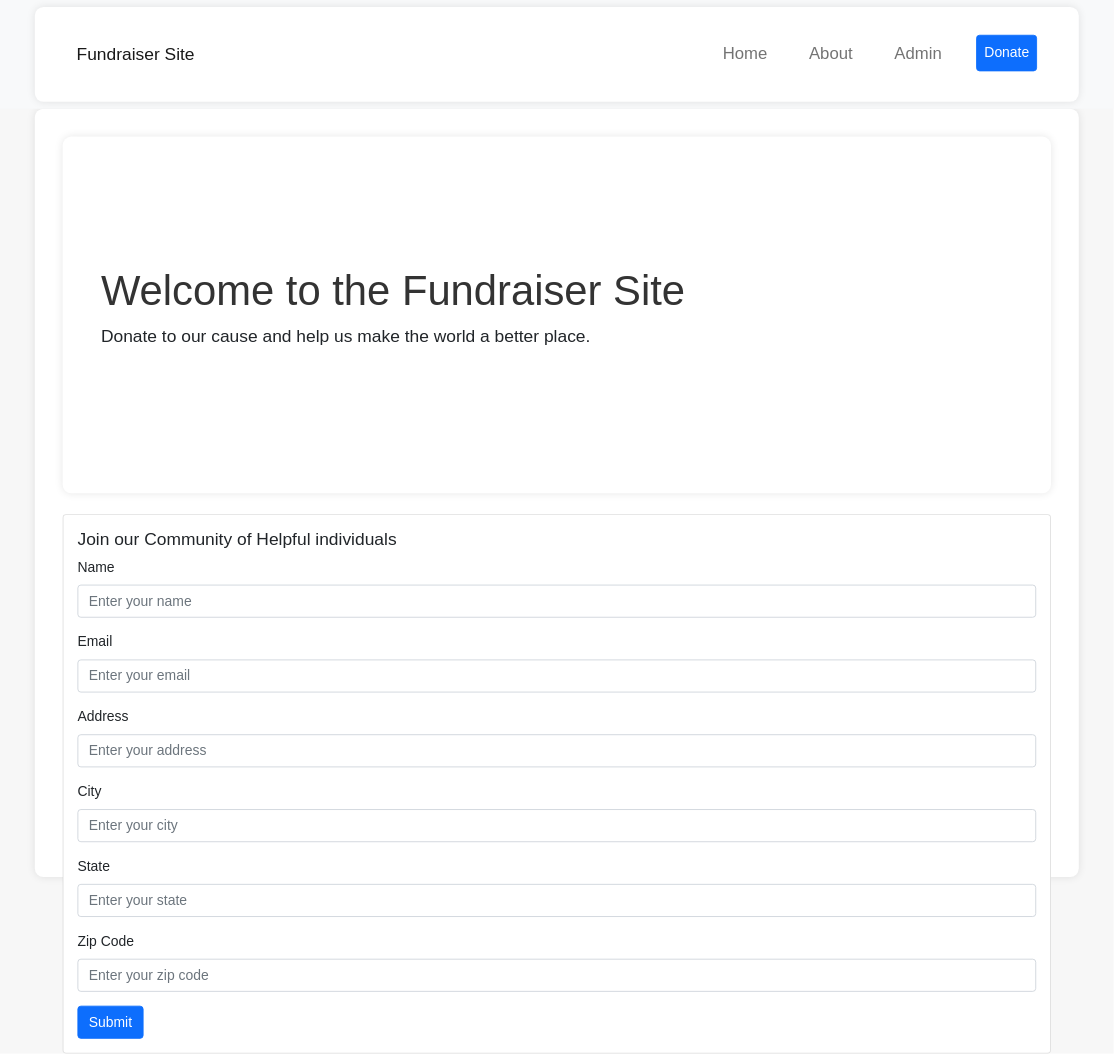
Repository: DragonFruit8/Fundraiser-Page
Page: /
An editor plug-in stored every save of this project. The page is shown before and after the next save, followed by the edit.
The browser window is 1280 px wide. The pictures show the whole page, at 87% of full size.
The project was rebuilt for these pictures with package versions that can differ from the ones it lists, and the page was loaded fresh each time. Also part of the build but not shown: src/pages/About.js, src/pages/Donate.js, src/pages/Admin.js.

Above is the page before, as saved 2024-07-19 13:03:17.

After the next save:
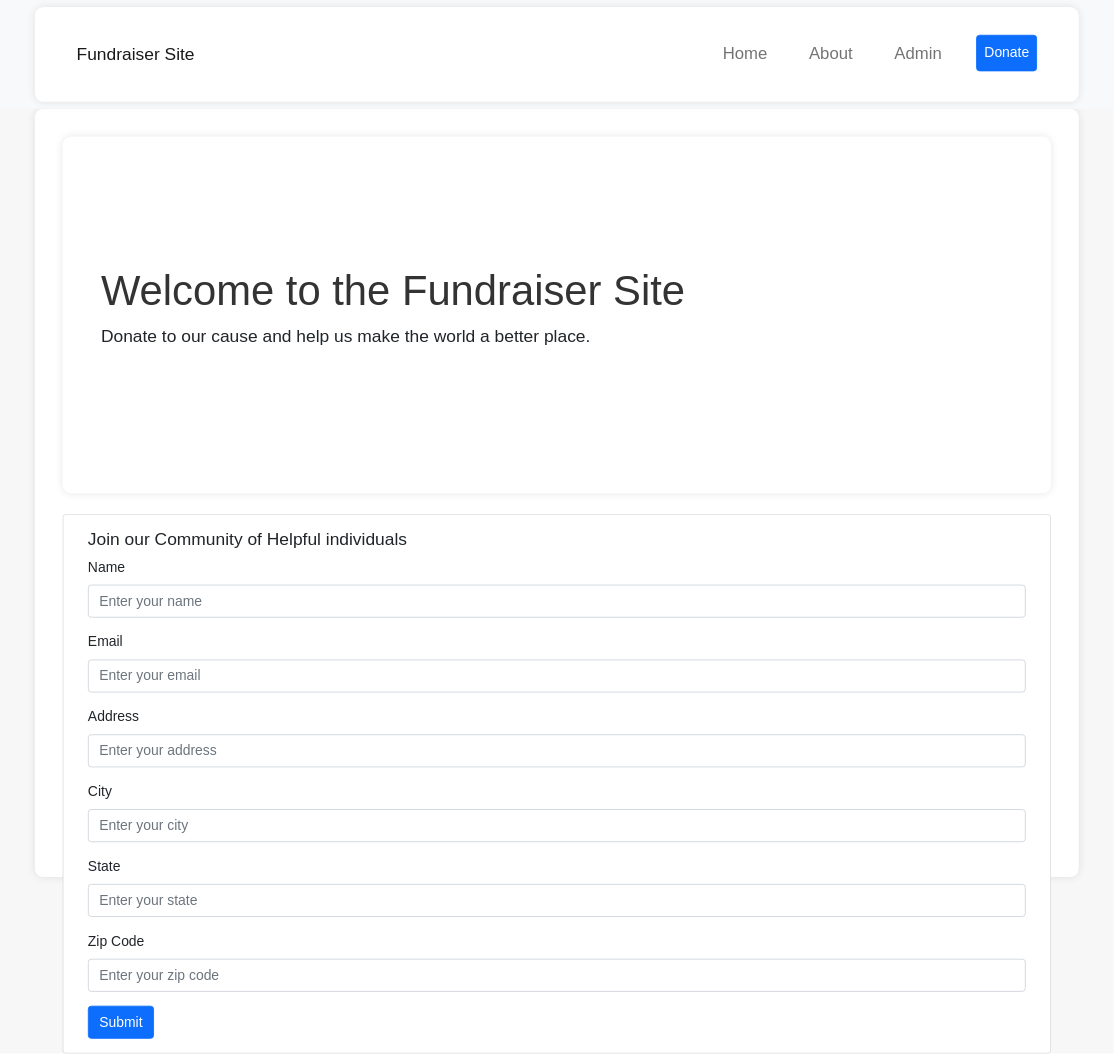
Saved 5 s later.
--- a/src/pages/HomeContainer.js
+++ b/src/pages/HomeContainer.js
@@ -33,7 +33,7 @@
     return (
         <section className="container">
             <div className="row justify-content-center">
-                <div className="row-md-8">
+                <div className="row">
                     <div className="d-flex container row h-50 justify-content-center align-items-center">
                         <div className="col">
                             <h1 className="display-5">Welcome to the Fundraiser Site</h1>

After the save that followed:
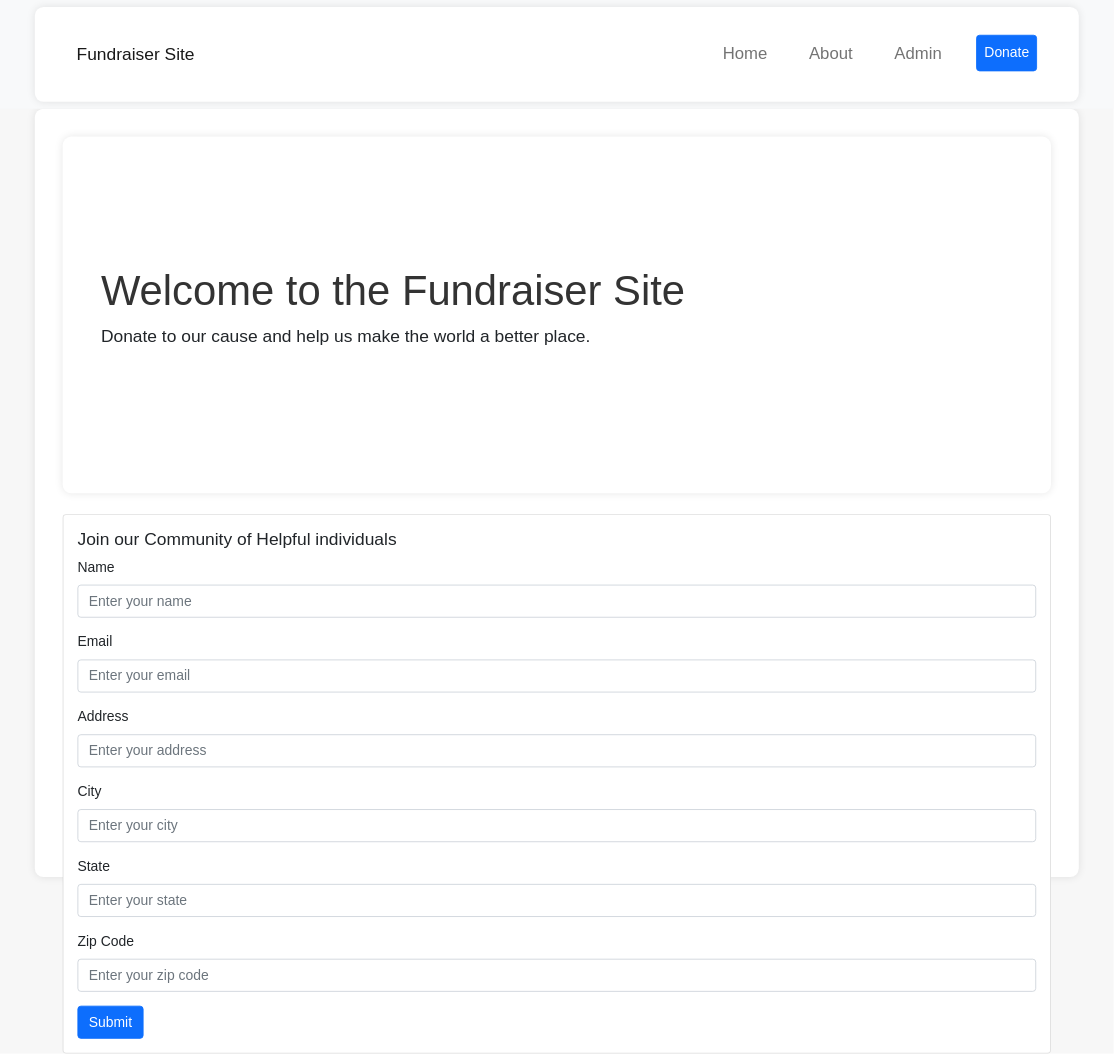
Saved 9 s later.
--- a/src/pages/HomeContainer.js
+++ b/src/pages/HomeContainer.js
@@ -33,7 +33,7 @@
     return (
         <section className="container">
             <div className="row justify-content-center">
-                <div className="row">
+                <div className="col">
                     <div className="d-flex container row h-50 justify-content-center align-items-center">
                         <div className="col">
                             <h1 className="display-5">Welcome to the Fundraiser Site</h1>
